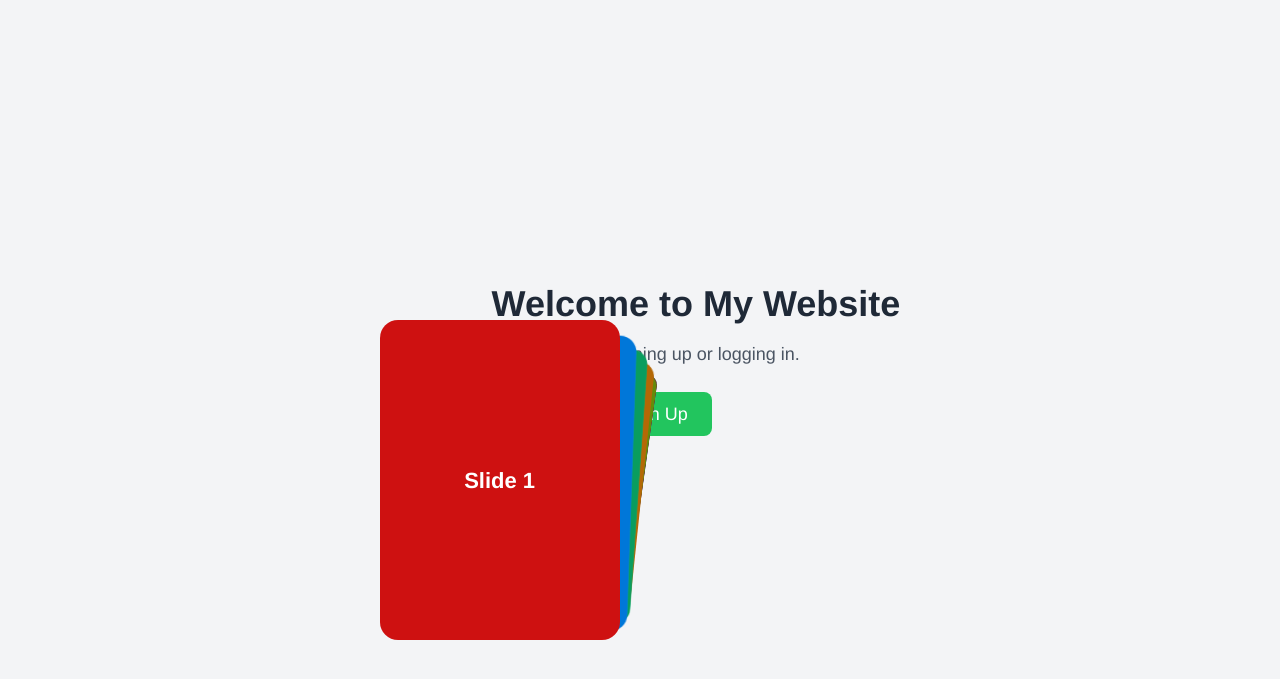
Repository: prathyushaa5/BuyYours
Page: / (app in Frontend/)
These files come from the project's save history. The page is drawn as it stood at one moment and after the next save; the edit follows.
The browser window is 1280 px wide. The pictures show the whole page.
The project was rebuilt for these pictures with package versions that can differ from the ones it lists, and the page was loaded fresh each time. Also part of the build but not shown: Frontend/vite.config.js, Frontend/src/components/Login.jsx, Frontend/src/components/Signup.jsx, Frontend/src/components/Home.jsx.

Above is the page before, as saved 2025-02-12 08:32:39.

### Frontend/src/App.jsx
import { BrowserRouter as Router, Routes, Route } from "react-router-dom";
import { useState } from "react";
import Main from "./components/Main";
import Login from "./components/Login";
import Signup from "./components/Signup";
import Home from "./components/Home";

export default function App() {
  const [token, setToken] = useState(null);

  const handleLogin = (userToken) => {
    setToken(userToken);
  };

  return (
    <Router>
      <Routes>
        {/* Show Main page first */}
        <Route path="/" element={<Main />} />

        {/* Login Page */}
        <Route path="/login" element={<Login onLogin={handleLogin} />} />

        {/* Signup Page */}
        <Route path="/signup" element={<Signup />} />

        {/* Home Page (Protected) */}
        <Route path="/home" element={token ? <Home /> : <Login onLogin={handleLogin} />} />
      </Routes>
    </Router>
  );
}

### Frontend/src/components/Main.jsx
import { useNavigate } from "react-router-dom";
import { Swiper, SwiperSlide } from "swiper/react";
import { EffectCards } from "swiper/modules";
import "swiper/css";
import "swiper/css/effect-cards";
import "../style.css";

export default function Main() {
  const navigate = useNavigate();

  return (
    <div className="flex items-center justify-center min-h-screen bg-gray-100 p-6">
      {/* Left: Swiper Section */}
      <div className="w-16 h-20 mr-12">
      <Swiper
        effect={'cards'}
        grabCursor={true}
        modules={[EffectCards]}
        className="mySwiper"
      >
        <SwiperSlide>Slide 1</SwiperSlide>
        <SwiperSlide>Slide 2</SwiperSlide>
        <SwiperSlide>Slide 3</SwiperSlide>
        <SwiperSlide>Slide 4</SwiperSlide>
        <SwiperSlide>Slide 5</SwiperSlide>
        <SwiperSlide>Slide 6</SwiperSlide>
        <SwiperSlide>Slide 7</SwiperSlide>
        <SwiperSlide>Slide 8</SwiperSlide>
        <SwiperSlide>Slide 9</SwiperSlide>
      </Swiper>
      </div>

      {/* Right: Welcome Text & Buttons */}
      <div className="flex flex-col items-start">
        <h1 className="text-4xl font-extrabold text-gray-800 mb-4">
          Welcome to My Website
        </h1>
        <p className="text-lg text-gray-600 mb-6">
          Get started by signing up or logging in.
        </p>

        <div className="flex space-x-4">
          <button
            onClick={() => navigate("/login")}
            className="px-6 py-2 bg-blue-500 text-white text-lg rounded-lg hover:bg-blue-600 transition"
          >
            Login
          </button>
          <button
            onClick={() => navigate("/signup")}
            className="px-6 py-2 bg-green-500 text-white text-lg rounded-lg hover:bg-green-600 transition"
          >
            Sign Up
          </button>
        </div>
      </div>
    </div>
  );
}

### Frontend/src/style.css
#app { height: 100% }
html,
body {
  position: relative;
  height: 100%;
}

body {
  background: #eee;
  font-family: Helvetica Neue, Helvetica, Arial, sans-serif;
  font-size: 14px;
  color: #000;
  margin: 0;
  padding: 0;
}

body {
  background: #fff;
  font-family: Helvetica Neue, Helvetica, Arial, sans-serif;
  font-size: 14px;
  color: #000;
  margin: 0;
  padding: 0;
}

html,
body {
  position: relative;
  height: 100%;
}

#app {
  display: flex;
  justify-content: center;
  align-items: center;
}

.swiper {
  width: 240px;
  height: 320px;
}

.swiper-slide {
  display: flex;
  align-items: center;
  justify-content: center;
  border-radius: 18px;
  font-size: 22px;
  font-weight: bold;
  color: #fff;
}

.swiper-slide:nth-child(1n) {
  background-color: rgb(206, 17, 17);
}

.swiper-slide:nth-child(2n) {
  background-color: rgb(0, 140, 255);
}

.swiper-slide:nth-child(3n) {
  background-color: rgb(10, 184, 111);
}

.swiper-slide:nth-child(4n) {
  background-color: rgb(211, 122, 7);
}

.swiper-slide:nth-child(5n) {
  background-color: rgb(118, 163, 12);
}

.swiper-slide:nth-child(6n) {
  background-color: rgb(180, 10, 47);
}

.swiper-slide:nth-child(7n) {
  background-color: rgb(35, 99, 19);
}

.swiper-slide:nth-child(8n) {
  background-color: rgb(0, 68, 255);
}

.swiper-slide:nth-child(9n) {
  background-color: rgb(218, 12, 218);
}

.swiper-slide:nth-child(10n) {
  background-color: rgb(54, 94, 77);
}

Loaded but not shown: Frontend/index.html (common file); Frontend/src/main.jsx (common file); Frontend/src/index.css (common file); Frontend/tailwind.config.js (common file)

After the next save:
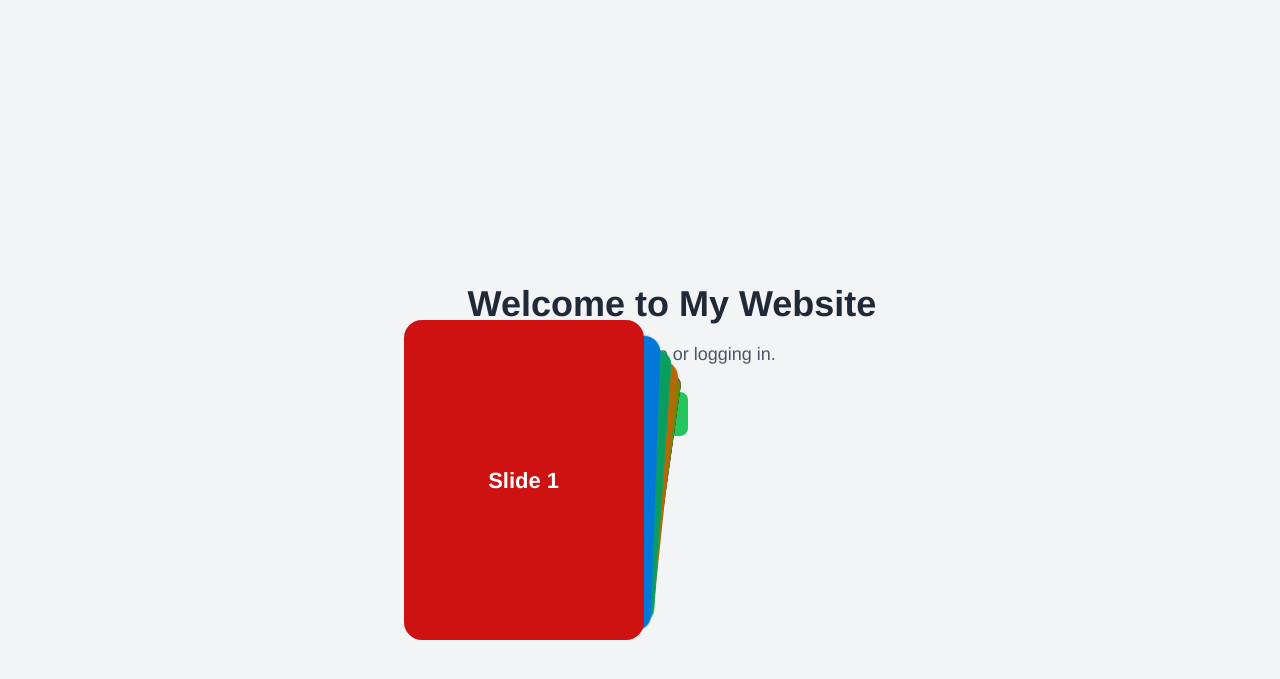
Saved 7 s later.
--- a/Frontend/src/components/Main.jsx
+++ b/Frontend/src/components/Main.jsx
@@ -11,7 +11,7 @@ export default function Main() {
   return (
     <div className="flex items-center justify-center min-h-screen bg-gray-100 p-6">
       {/* Left: Swiper Section */}
-      <div className="w-16 h-20 mr-12">
+      <div className="w-16 h-20 ">
       <Swiper
         effect={'cards'}
         grabCursor={true}
